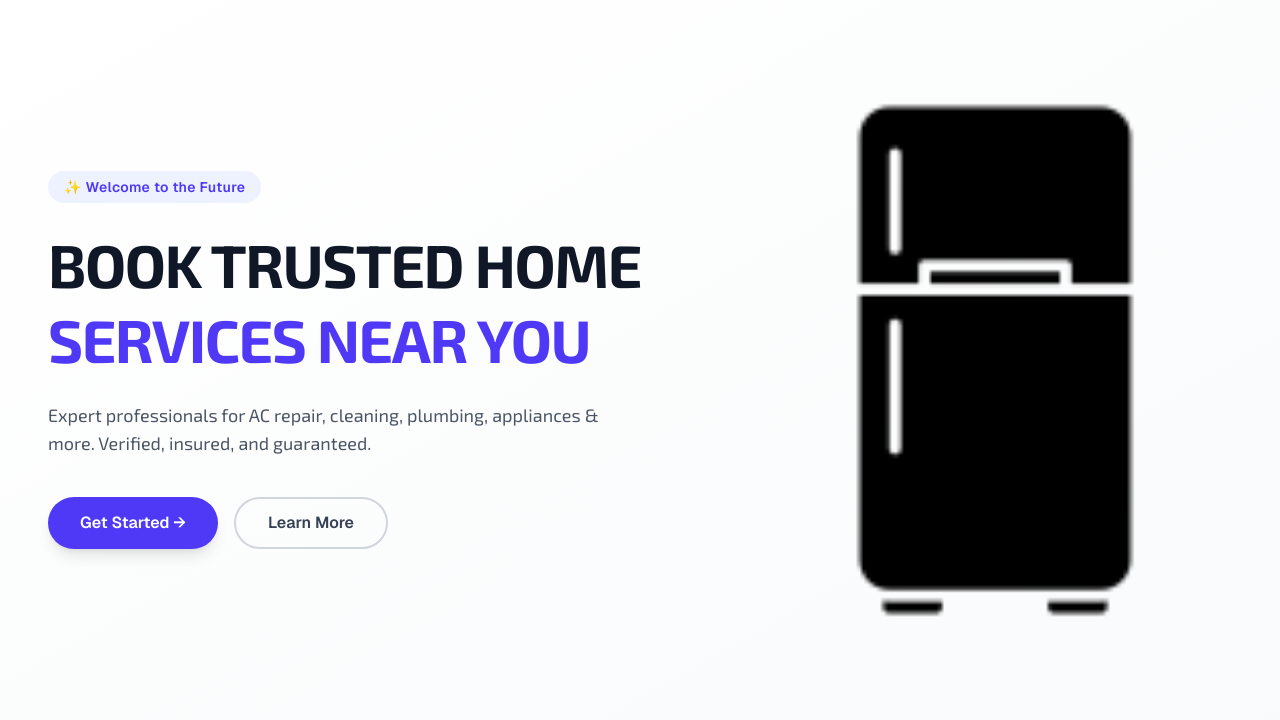
Repository: deepak445566/repai
Page: / (app in repair/)
These files come from the project's save history. The page is drawn as it stood at one moment and after a run of saves; the edit follows.
The browser window is 1280 px wide. The pictures show the part of the page from y = 0 to 924 px (the page is 720 px tall before and 1772 px after).
Pictures or frames that could not be fetched are drawn as grey boxes. The project was rebuilt for these pictures with package versions that can differ from the ones it lists, and the page was loaded fresh each time. The framework's server and built-in components were replaced by stand-ins that run in the browser. Also part of the build but not shown: repair/next.config.mjs.

Above is the page before, as saved 2026-04-15 12:38:56.

### repair/src/app/layout.js
import { Abril_Fatface, Exo_2, Geist, Geist_Mono } from "next/font/google";
import "./globals.css";

const geistSans = Geist({
  variable: "--font-geist-sans",
  subsets: ["latin"],
});

const geistMono = Geist_Mono({
  variable: "--font-geist-mono",
  subsets: ["latin"],
});
const abril = Abril_Fatface({
  weight: '400',
  subsets: ['latin'],
  variable: '--font-abril',
});

const exo = Exo_2({
  subsets: ['latin'],
  weight: ['400','600','700'],
  variable: '--font-exo',
});

export const metadata = {
  title: "Create Next App",
  description: "Generated by create next app",
};

export default function RootLayout({ children }) {
  return (
    <html
      lang="en"
      className={`${geistSans.variable} ${geistMono.variable} ${abril.variable} ${exo.variable} h-full antialiased`}
    >
      <body className="min-h-full flex flex-col">{children}</body>
    </html>
  );
}

### repair/src/app/page.js
import HeroPage from '@/components/heroPage'
import React from 'react'

function page() {
  return (
   <>
   <HeroPage/>

   </>
  )
}

export default page

### repair/src/app/globals.css
@import "tailwindcss";

:root {
  --background: #ffffff;
  --foreground: #171717;
}

@theme inline {
  --color-background: var(--background);
  --color-foreground: var(--foreground);
  --font-sans: var(--font-geist-sans);
  --font-mono: var(--font-geist-mono);
}

@media (prefers-color-scheme: dark) {
  :root {
    --background: #0a0a0a;
    --foreground: #ededed;
  }
}

body {
  background: var(--background);
  color: var(--foreground);
  font-family: var(--font-parkinsans);
}



.abril {
  font-family: var(--font-abril);
}

.exo {
  font-family: var(--font-exo);
}

### repair/src/components/heroPage.jsx
import Image from 'next/image';

export default function HeroPage() {
  return (
    <div className="min-h-screen bg-gradient-to-br from-white to-gray-50 flex items-center justify-center px-4 lg:px-12 py-12">
      <div className="max-w-7xl mx-auto w-full">
        <div className="flex flex-col lg:flex-row items-center gap-12 lg:gap-10">

          {/* Left Section - 60% Width */}
          <div className="w-full lg:w-[55%] text-center lg:text-left space-y-6">
            <div className="inline-block px-4 py-1.5 rounded-full bg-indigo-50 text-indigo-600 text-sm font-semibold tracking-wide">
              ✨ Welcome to the Future
            </div>

            <h1 className="text-4xl sm:text-5xl lg:text-6xl font-bold tracking-tight text-gray-900 leading-tight uppercase exo">
            Book Trusted Home
              <span className="text-indigo-600 block"> Services Near You</span>
            </h1>

            <p className="text-lg text-gray-600 max-w-xl mx-auto lg:mx-0 exo">
         Expert professionals for AC repair, cleaning, plumbing, appliances & more. Verified, insured, and guaranteed.
            </p>

            <div className="flex flex-col sm:flex-row gap-4 justify-center lg:justify-start pt-4">
              <button className="px-8 py-3 rounded-full bg-indigo-600 text-white font-semibold shadow-lg hover:bg-indigo-700 transition-all duration-200 transform hover:scale-105">
                Get Started →
              </button>
              <button className="px-8 py-3 rounded-full border-2 border-gray-300 text-gray-700 font-semibold hover:bg-gray-50 transition-all duration-200">
                Learn More
              </button>
            </div>
          </div>

          {/* Right Section - 40% Width */}
          <div className="w-full lg:w-[45%] flex justify-center lg:justify-end">
            <div className="relative w-full max-w-sm sm:max-w-md lg:max-w-lg">
              <div className="absolute inset-0 opacity-60 -z-10"></div>
              <div className="relative overflow-hidden">
                {/* Size control - Apni hisaab se change karo */}
                <div className="relative w-[350px] h-[400px] md:w-[400px] md:h-[400px] lg:w-[550px] lg:h-[550px] mx-auto ">
                  <Image
                    src="/images/image.png"
                    alt="Hero Image"
                    fill
                    className="object-contain p-4"
                    priority
                  />
                </div>
              </div>
            </div>
          </div>
        </div>
      </div>
    </div>
  );
}

### repair/src/components/Service.jsx
import Image from 'next/image';

export default function ServicesPage() {
  const services = [
    { id: 1, title: "Web Development", image: "/images/web-dev.jpg" },
    { id: 2, title: "Mobile Apps", image: "/images/mobile-app.jpg" },
    { id: 3, title: "UI/UX Design", image: "/images/ui-ux.jpg" },
    { id: 4, title: "Cloud Services", image: "/images/cloud.jpg" },
    { id: 5, title: "Digital Marketing", image: "/images/digital-marketing.jpg" },
    { id: 6, title: "SEO Optimization", image: "/images/seo.jpg" },
    { id: 7, title: "Data Analytics", image: "/images/data-analytics.jpg" },
    { id: 8, title: "Cyber Security", image: "/images/cyber-security.jpg" }
  ];

  return (
    <div className="min-h-screen bg-gray-50 py-16 px-4">
      <div className="max-w-7xl mx-auto">

        {/* Header */}
        <div className="text-center mb-12">
          <h2 className="text-4xl lg:text-5xl font-bold text-gray-900 mb-4">
            Most Used <span className="text-indigo-600">Services</span>
          </h2>
          <p className="text-gray-600 text-lg">
            Professional solutions tailored for your business
          </p>
        </div>

        {/* Grid Layout */}
        <div className="grid grid-cols-1 sm:grid-cols-2 lg:grid-cols-4 gap-6">
          {services.map((service, index) => (
            <div
              key={service.id}
              className="bg-white rounded-xl overflow-hidden shadow-md hover:shadow-xl transition-all duration-300 hover:-translate-y-2"
            >
              {/* 80% Height Container for Image */}
              <div className="relative" style={{ height: '80%' }}>
                <div className="relative h-64 sm:h-72 lg:h-80 w-full">
                  <Image
                    src={service.image}
                    alt={service.title}
                    fill
                    className="object-cover"
                  />
                </div>
              </div>

              {/* 20% Height Container for Title */}
              <div className="h-[20%] flex items-center justify-center p-4 bg-gradient-to-r from-indigo-50 to-purple-50">
                <h3 className="text-lg font-semibold text-gray-800 text-center">
                  {service.title}
                </h3>
              </div>
            </div>
          ))}
        </div>
      </div>
    </div>
  );
}

After the next 3 saves:
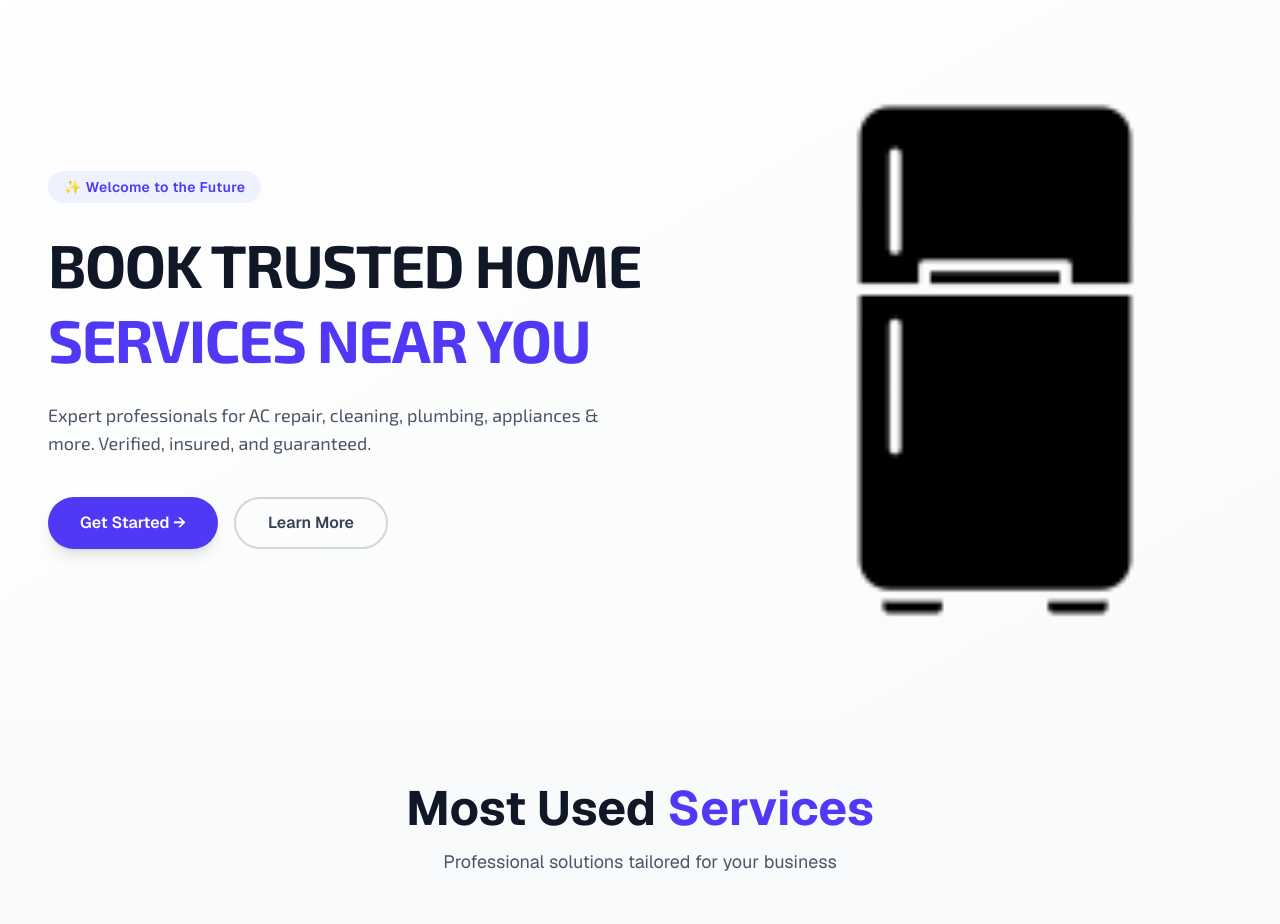
The 3 saves are shown as one change because they came seconds apart.
The last was saved 18 s later.
--- a/repair/src/app/page.js
+++ b/repair/src/app/page.js
@@ -1,11 +1,12 @@
 import HeroPage from '@/components/heroPage'
+import ServicesPage from '@/components/Service'
 import React from 'react'
 
 function page() {
   return (
    <>
    <HeroPage/>
-
+   <ServicesPage/>
    </>
   )
 }
